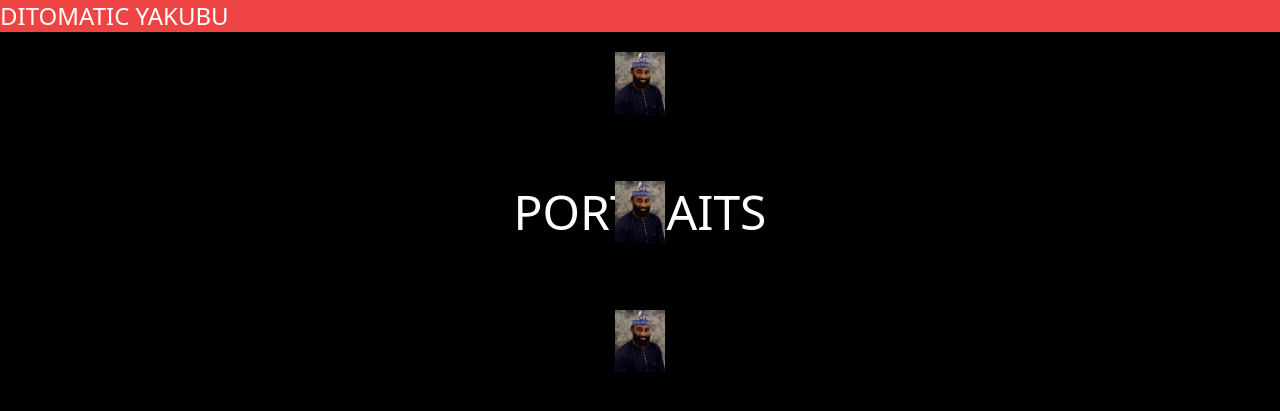
Repository: latenightsnacc/Ditomatic-Demo
Page: home.html
An editor plug-in stored every save of this project. The page is shown before and after the next save, followed by the edit.
The browser window is 1280 px wide. The pictures show the whole page.
Some web libraries are served in a nearby version.

Above is the page before, as saved 2021-02-24 11:17:52.

### home.html
<!DOCTYPE html>
<html lang="en" class="bg-black">
<head>
    <meta charset="UTF-8">
    <meta name="viewport" content="width=device-width, initial-scale=1.0">
    <!--Tailwind 2.0.2-->
    <link href="https://cdnjs.cloudflare.com/ajax/libs/tailwindcss/2.0.2/tailwind.min.css" rel="stylesheet">
    <!--Font Awesome 5.15.1-->
    <link rel="stylesheet" href="https://cdnjs.cloudflare.com/ajax/libs/font-awesome/5.15.1/css/all.min.css" integrity="sha512-+4zCK9k+qNFUR5X+cKL9EIR+ZOhtIloNl9GIKS57V1MyNsYpYcUrUeQc9vNfzsWfV28IaLL3i96P9sdNyeRssA==" crossorigin="anonymous" />
    <!-- Bootstrap 5.0.0 Beta-->
    <!-- <link href="https://cdn.jsdelivr.net/npm/bootstrap@5.0.0-beta1/dist/css/bootstrap.min.css" rel="stylesheet" integrity="sha384-giJF6kkoqNQ00vy+HMDP7azOuL0xtbfIcaT9wjKHr8RbDVddVHyTfAAsrekwKmP1" crossorigin="anonymous" /> -->
    <!--Page Title-->
    <title>Ditomatic Fotografy</title>
</head>
<body>
    <!--Header-->
    <header>
        <nav class="container-sm bg-red-500 flex flex-row justify-between">
            <a href="home.html" class="text-white uppercase text-2xl">Ditomatic Yakubu</a>
            <ul></ul>
        </nav>
    </header>
    <!--End of Header-->
    <div class="my-5"></div>
    <section class="bg-black shadow-2xl">
        <div class="container relative">
            <div class="flex justify-center items-center h-80 group">
                <h2 class="text-white uppercase text-underline text-center text-5xl group-hover:font-black">portraits</h2>
                <div class="absolute center-0 top-0">
                    <img src="images/malePortrait.jpg" width="50px">
                </div>
                <div class="absolute center-0 top-50">
                    <img src="images/malePortrait.jpg" width="50px">
                </div>

                <div class="absolute center-0 bottom-0">
                    <img src="images/malePortrait.jpg" width="50px">
                </div>

            </div>
        </div>
    </section>
</body>
</html>

After the next save:
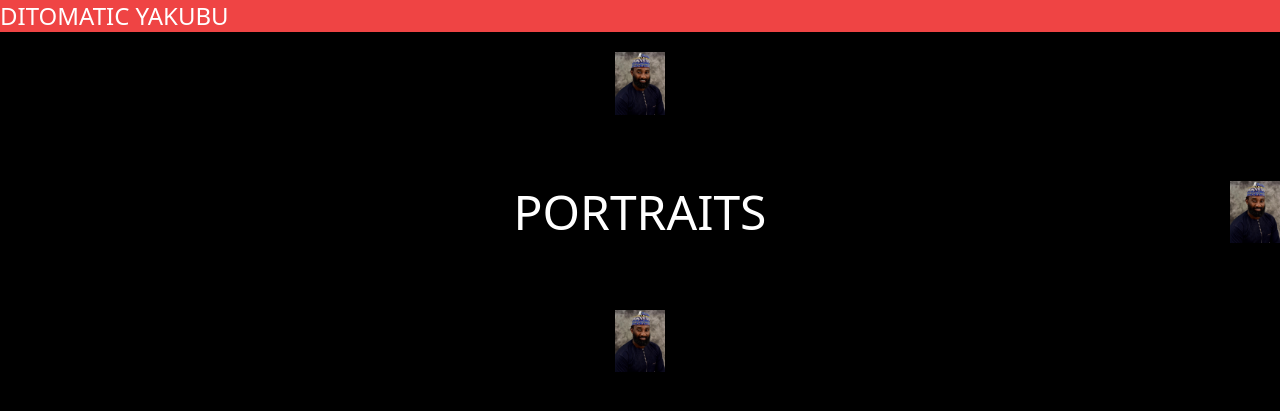
Saved 16 s later.
--- a/home.html
+++ b/home.html
@@ -29,7 +29,7 @@
                 <div class="absolute center-0 top-0">
                     <img src="images/malePortrait.jpg" width="50px">
                 </div>
-                <div class="absolute center-0 top-50">
+                <div class="absolute right-0 top-50">
                     <img src="images/malePortrait.jpg" width="50px">
                 </div>
 

After the save that followed:
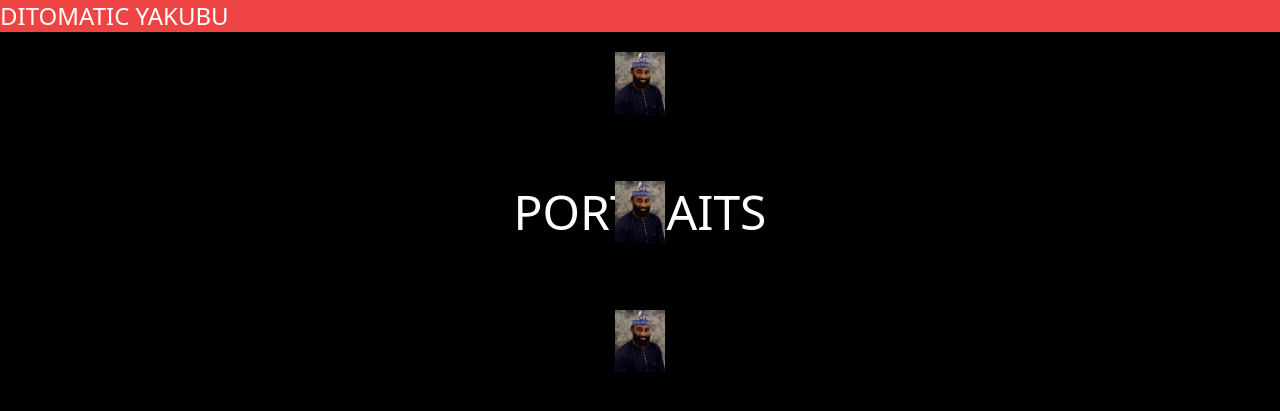
Saved 89 s later.
--- a/home.html
+++ b/home.html
@@ -29,7 +29,7 @@
                 <div class="absolute center-0 top-0">
                     <img src="images/malePortrait.jpg" width="50px">
                 </div>
-                <div class="absolute right-0 top-50">
+                <div class="absolute right-50 top-50">
                     <img src="images/malePortrait.jpg" width="50px">
                 </div>
 
